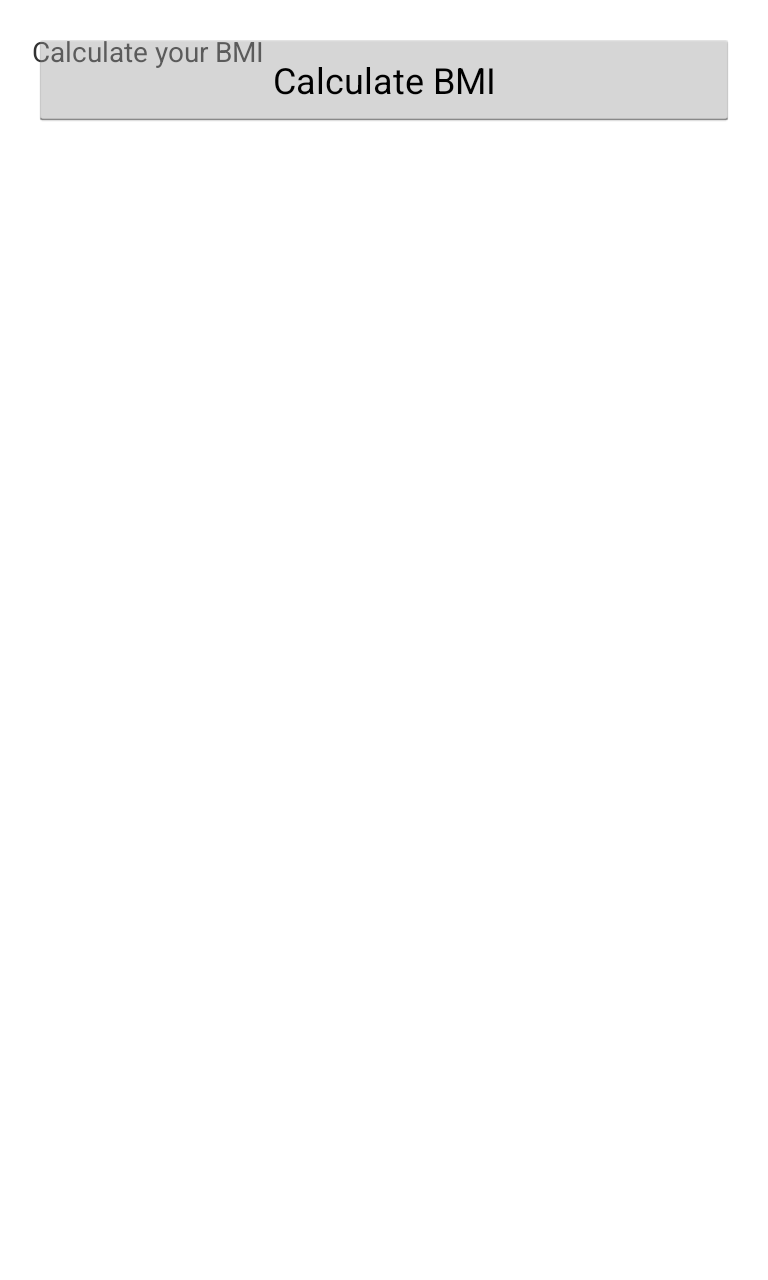
Repository: me222rs/AndroidLab1
Layout: BMI/res/layout/activity_main.xml
An editor plug-in stored every save of this project. The layout is shown before and after the next save, followed by the edit.
It is drawn on a 768 x 1280 px phone screen (xhdpi) without system bars, with theme AppTheme; the app's code is not run.

Above is the layout before, as saved 2014-11-17 10:25:03.

After the next save:
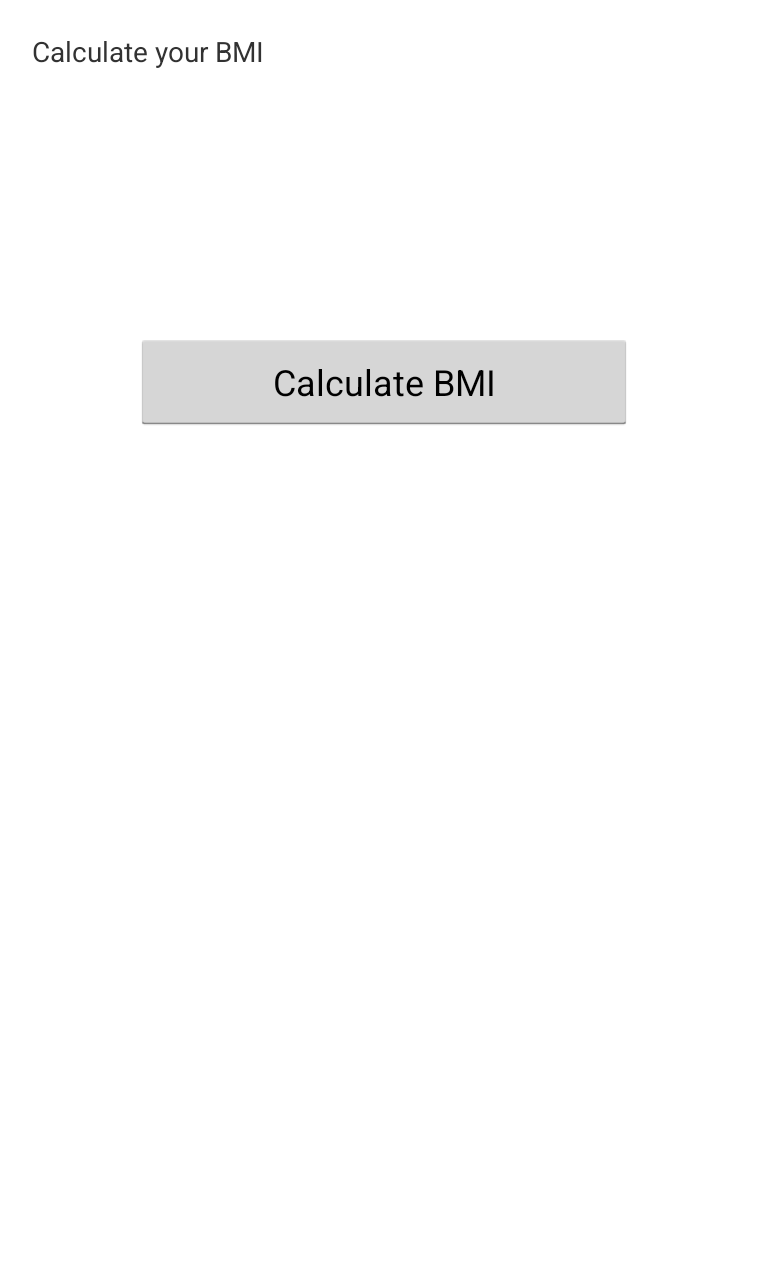
Saved 93 s later.
--- a/BMI/res/layout/activity_main.xml
+++ b/BMI/res/layout/activity_main.xml
@@ -16,8 +16,10 @@
 
 
         <Button android:id="@+id/bmi_button"
-        android:layout_width="match_parent"
-        android:layout_height="wrap_content"
+               android:layout_centerHorizontal="true"
+        android:layout_marginTop="150dp"
+    	android:layout_height="50dp"
+     	android:layout_width="250dp"
         android:layout_gravity="center"
         android:text="Calculate BMI" />
 
